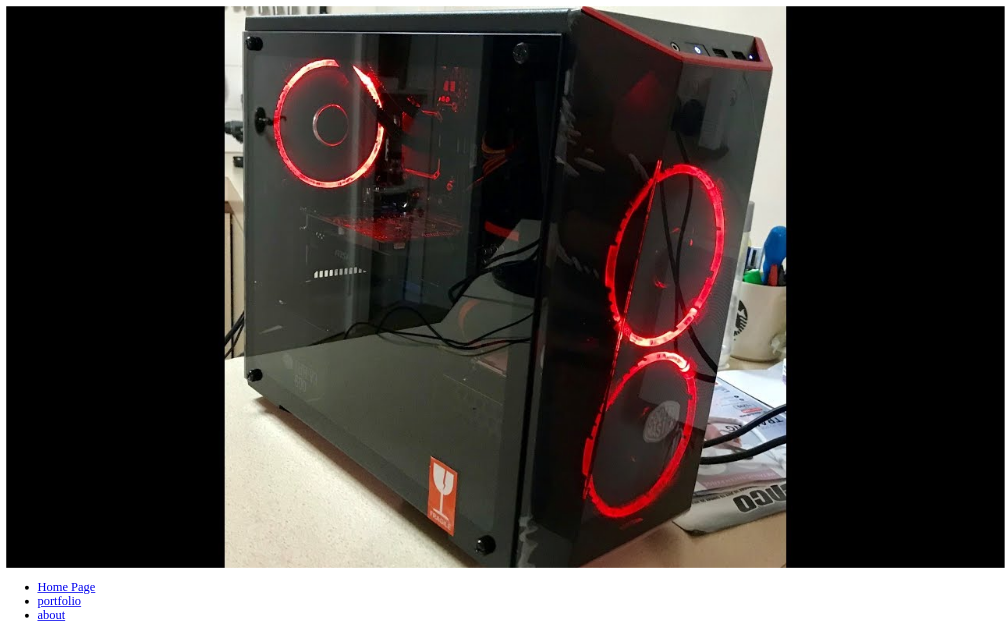
Repository: mike3245/mike3245.github.io
Page: index.html
The author's editor kept a record of every edit. The page is drawn from the files as they stood at one moment, then again after the next edit.
The browser window is 1280 px wide. The page is 1288 px wide, so the pictures cover 1288 px, including what lies to the right of the window. The pictures show the whole page, at 78% of full size.

Above is the page before.

### index.html
<html>
   <head>
       <title>Spiro's Dungeon</title>

   </head>
   <img src="./Image/maxresdefault.jpg" width 50>

   <body>
     <ul>
    <li><a href="index.html">Home Page</a></li>
    <li><a href="portfolio.html">portfolio</a></li>
    <li><a href="about.html">about</a></li>
    </ul>




    </body>

   </html>

After the next edit:
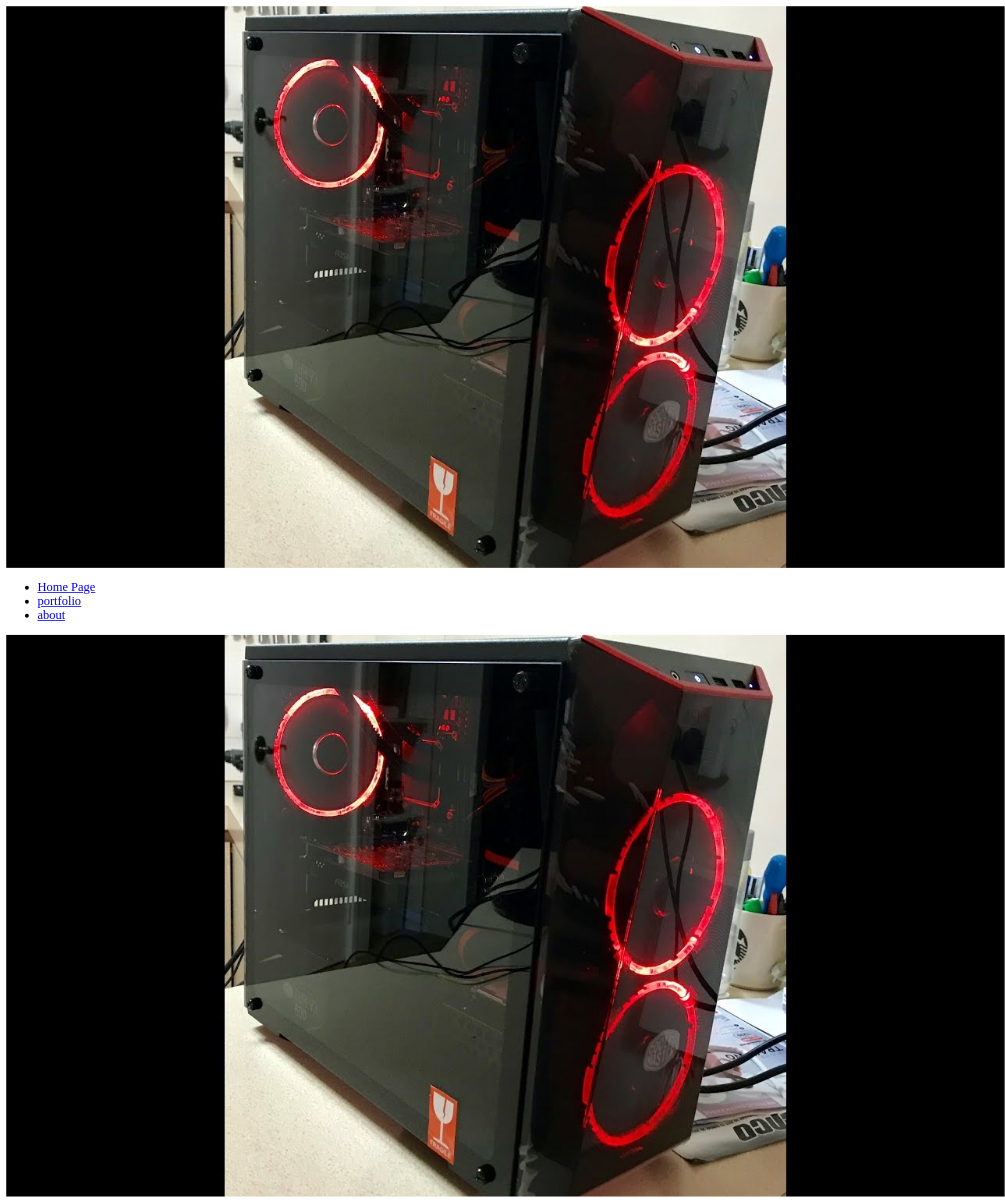
The edit:
--- a/index.html
+++ b/index.html
@@ -14,7 +14,7 @@
 
 
 
-
+     <img src="./Image/maxresdefault.jpg" width 50>
     </body>
 
    </html>
